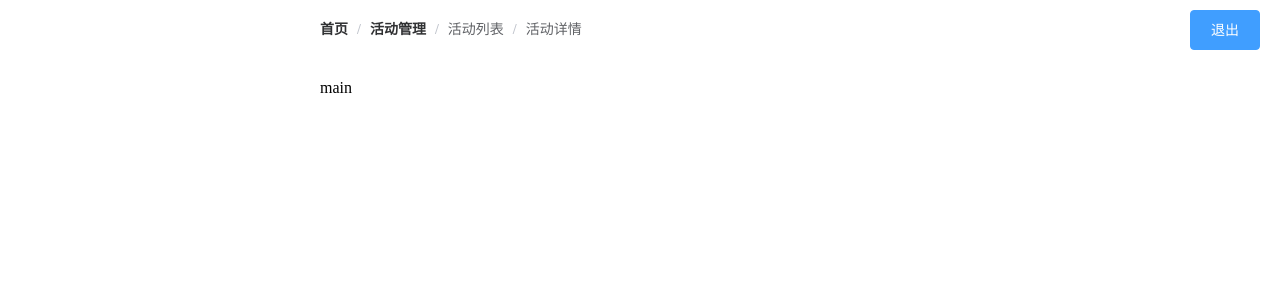
Repository: code1379/vue2-element
Page: / (app in element-admin/)
The author's editor kept a copy of each file at every save. The page is drawn from the files as they stood at one save, then again after the next save.
The browser window is 1280 px wide. The pictures show the whole page.
The project was rebuilt for these pictures with package versions that can differ from the ones it lists, and the page was loaded fresh each time. Also part of the build but not shown: element-admin/vue.config.js.

Above is the page before, as saved 2021-06-14 22:16:48.

### element-admin/src/main.js
import Vue from 'vue';
import App from './App.vue';
import router from './router';
import store from './store';
import ElementUI from 'element-ui';
import 'element-ui/lib/theme-chalk/index.css';
import './assets/css/index.css';
import axios from 'axios';

Vue.config.productionTip = false;

Vue.use(ElementUI);

Vue.prototype.$http = axios;

axios.defaults.baseURL = "http://localhost:8889"

new Vue({
  router,
  store,
  render: (h) => h(App)
}).$mount('#app');

### element-admin/src/App.vue
<template>
  <div id="app">
    <router-view />
  </div>
</template>

<style>

</style>

### element-admin/src/router/index.js
import Vue from 'vue'
import VueRouter from 'vue-router'

Vue.use(VueRouter)

const routes = [
  {
    path: '/',
    redirect: "/home"
  },
  {
    path: '/home',
    name: 'Home',
    component: () => import('../views/home/Home.vue')
  },
  {
    path: '/login',
    name: 'Login',
    component: () => import('../views/login/Login.vue')
  }
];

const router = new VueRouter({
  routes
})

export default router

### element-admin/src/views/home/Home.vue
<template>
  <el-container class="home">
    <el-aside class="sidebar" style="width: 300px">
      <!-- 导航 -->
      <el-menu
      default-active="2"
      class="el-menu-vertical-demo"
      @open="handleOpen"
      @close="handleClose">

      </el-menu>
    </el-aside>
    <el-container>
      <el-header class="header">
        <!-- 面包屑 -->
        <el-breadcrumb separator="/">
          <el-breadcrumb-item :to="{ path: '/' }">首页</el-breadcrumb-item>
          <el-breadcrumb-item><a href="/">活动管理</a></el-breadcrumb-item>
          <el-breadcrumb-item>活动列表</el-breadcrumb-item>
          <el-breadcrumb-item>活动详情</el-breadcrumb-item>
        </el-breadcrumb>
        <!-- 退出 -->
        <el-button type="primary" class="exit" @click="logout">退出</el-button>
      </el-header>
      <el-main>main</el-main>
    </el-container>
  </el-container>
</template>

<script>
export default {
  name: "Home",
  methods: {
    logout() {
      // TODO 1. 清除存储信息
      sessionStorage.removeItem("token");
      sessionStorage.removeItem("username");
      sessionStorage.removeItem("id");
      // TODO 2. 跳转到登录页面
      this.$router.push("/login");
    },
  },
};
</script>

<style  scoped>
.home {
  height: 100vh;
}
.header {
  display: flex;
  justify-content: space-between;
  align-items: center;
}
</style>

Loaded but not shown: element-admin/public/index.html (common file); element-admin/src/store/index.js (common file); element-admin/src/assets/css/index.css (common file); element-admin/src/assets/css/reset.css (common file)

After the next save:
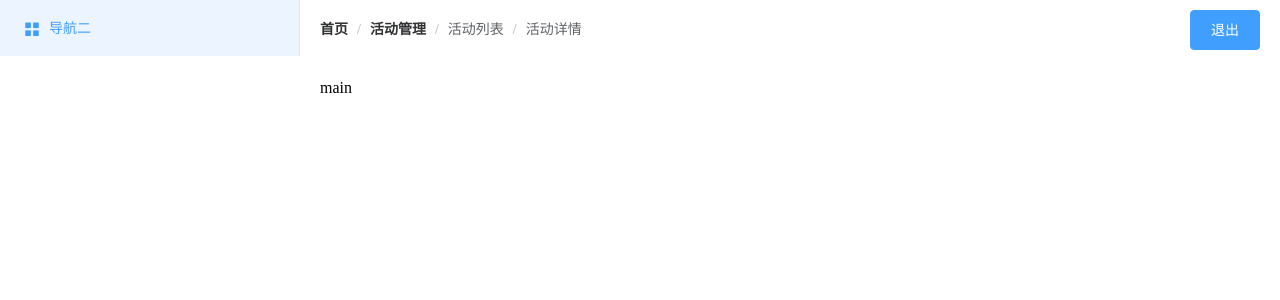
Saved 15 s later.
--- a/element-admin/src/views/home/Home.vue
+++ b/element-admin/src/views/home/Home.vue
@@ -7,7 +7,10 @@
       class="el-menu-vertical-demo"
       @open="handleOpen"
       @close="handleClose">
-
+       <el-menu-item index="2">
+        <i class="el-icon-menu"></i>
+        <span slot="title">导航二</span>
+      </el-menu-item>
       </el-menu>
     </el-aside>
     <el-container>
